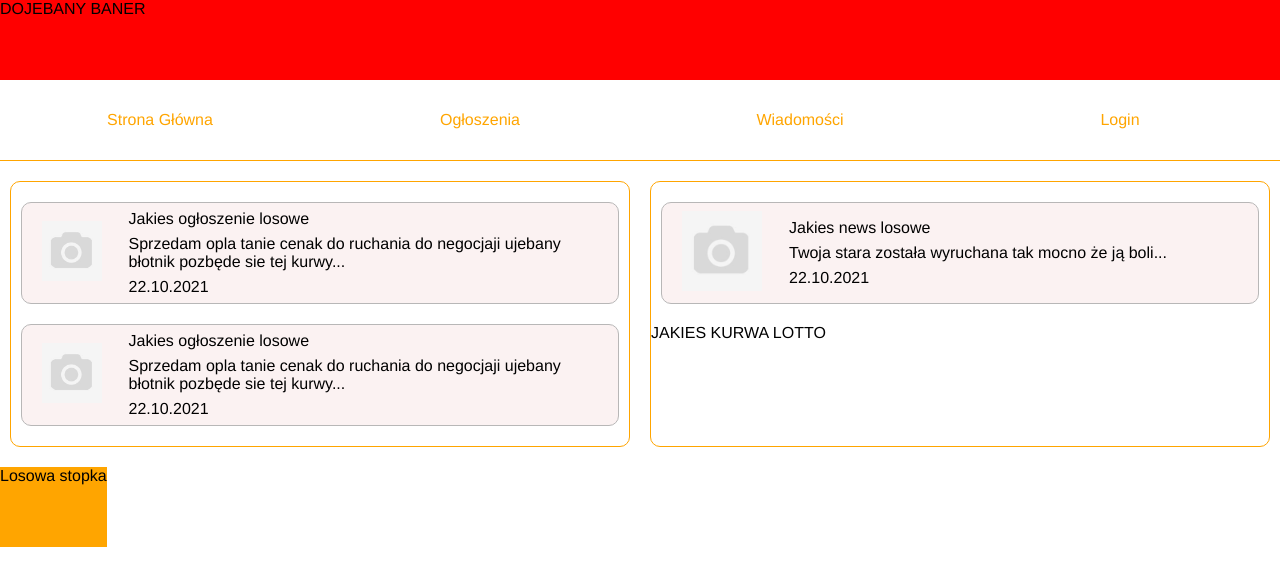
Repository: PatrykStawik/projectppz
Page: /
The author's editor kept a copy of each file at every save. The page is drawn from the files as they stood at one save, then again after the next save.
The browser window is 1280 px wide. The pictures show the whole page.
The project was rebuilt for these pictures with package versions that can differ from the ones it lists, and the page was loaded fresh each time. The framework's server and built-in components were replaced by stand-ins that run in the browser.

Above is the page before, as saved 2021-05-22 14:12:25.

### pages/_app.tsx
import React from 'react';
import type { AppProps } from 'next/app';
import { GlobalStyle } from '../styles/globalStyles';
import { Header } from '../components/Header';
import { Footer } from '../components/Footer'

function MyApp({ Component, pageProps }: AppProps) {
  return (
    <>
      <GlobalStyle />
      <Header/>
        <Component {...pageProps} />
      <Footer/>
    </>
  );
}

// eslint-disable-next-line import/no-default-export
export default MyApp;

### pages/_document.tsx
import React from 'react';
import Document, { DocumentContext, DocumentInitialProps } from 'next/document';
import { ServerStyleSheet } from 'styled-components';

class MyDocument extends Document {
  static async getInitialProps(ctx: DocumentContext): Promise<DocumentInitialProps> {
    const sheet = new ServerStyleSheet();
    const originalRenderPage = ctx.renderPage;

    try {
      ctx.renderPage = () =>
        originalRenderPage({
          enhanceApp: App => props => sheet.collectStyles(<App {...props} />),
        });

      const initialProps = await Document.getInitialProps(ctx);
      return {
        ...initialProps,
        styles: (
          <>
            {initialProps.styles}
            {sheet.getStyleElement()}
          </>
        ),
      };
    } finally {
      sheet.seal();
    }
  }
}

// eslint-disable-next-line import/no-default-export
export default MyDocument;

### pages/index.tsx
import React from 'react';
import { IndexPage } from '../components/IndexPage';

const index = () => <IndexPage />;

// eslint-disable-next-line import/no-default-export
export default index;

### styles/globalStyles.ts
import { createGlobalStyle } from 'styled-components';

export const GlobalStyle = createGlobalStyle`
  body {
    margin: 0;
    padding: 0;
    font-family: Open-Sans, Helvetica, Sans-Serif;
  }
`;

### components/IndexPage/index.tsx
export { IndexPage } from './IndexPage';

### components/Header/Header.tsx
import React from 'react';
import styled from 'styled-components';
import { colors } from '../../styles/colors';
import { centerText, setFlex } from '../../styles/functions';
import { NextLink } from '../common/NextLink';

const Wrapper = styled.header`
  .baner {
    height: 80px;
    background-color: ${colors.red};
  }
  .menu {
    ${setFlex('column')}
    height: 80px;
    border-bottom: 1px solid ${colors.orange};
    .menuItem {
      flex: 1;
      height: 100%;
      ${centerText(80)};
      background-color: ${colors.white};
      color: ${colors.orange};
      cursor: pointer;
      transition: .5s all;
      &:hover{
        font-weight: bold;
      }
    }
  }
`;

const data = [
  { title: 'Strona Główna', href: '/' },
  { title: 'Ogłoszenia', href: '/ogloszenia' },
  { title: 'Wiadomości', href: '/wiadomosci' },
  { title: 'Login', href: '/login' },
];

export const Header = () => {
  return (
    <Wrapper>
      <div className="baner">DOJEBANY BANER</div>
      <div className="menu">
        {data.map(({ title, href }) => (
          <NextLink href={href} key={title}>
            <div className="menuItem">{title}</div>
          </NextLink>
        ))}
      </div>
    </Wrapper>
  );
};

### components/Footer/Footer.tsx
import React from 'react';
import styled from 'styled-components';
import { colors } from '../../styles/colors';

const Wrapper = styled.footer`
    height: 80px;
    background-color: ${colors.orange};
    position: absolute;
    right: 100
`;

export const Footer = () => {
  return (
    <Wrapper>
      Losowa stopka
    </Wrapper>
  );
};

### components/IndexPage/IndexPage.tsx
import React from 'react';
import styled from 'styled-components';
import { Bar } from '../common/Bar';
import { setFlex } from '../../styles/functions';
import { colors } from '../../styles/colors';

const Wrapper = styled.div`
  ${setFlex()};
  .advertisement {
  }
  .container {
    flex: 1;
    border: 1px solid ${colors.orange};
    border-radius: 10px;
    margin: 20px 10px;
  }
`;

export const IndexPage = () => {
  return (
    <Wrapper>
      <div className="advertisement container">
        <Bar
          title="Jakies ogłoszenie losowe"
          content="Sprzedam opla tanie cenak do ruchania do negocjaji ujebany błotnik pozbęde sie tej kurwy"
          date="22.10.2021"
        />
        <Bar
          title="Jakies ogłoszenie losowe"
          content="Sprzedam opla tanie cenak do ruchania do negocjaji ujebany błotnik pozbęde sie tej kurwy"
          date="22.10.2021"
        />
      </div>
      <div className="container">
        <div className="news">
          <Bar
            title="Jakies news losowe"
            content="Twoja stara została wyruchana tak mocno że ją boli"
            date="22.10.2021"
          />
        </div>
        <div className="lotto">JAKIES KURWA LOTTO</div>
      </div>
    </Wrapper>
  );
};

### styles/colors.ts
export const colors = {
  white: "white",
  black: "black",
  red: "red",
  orange: "orange",
  gray: "#b8b7b7",
  pink: "rgba(166,2,2,.05)"
}

### styles/functions.ts
export const centerText = (height: number) => {
  return `text-align: center;
  line-height: ${height}px`
}

export const setFlex = (type: "row" | "column" = "row") => {
  return `display: flex; flex-direction: ${type}`
}

### components/common/NextLink/index.tsx
export { NextLink } from './NextLink';

### components/common/Bar/index.tsx
export { Bar } from './Bar';

### components/common/NextLink/NextLink.tsx
import React from 'react';
import Link from 'next/link';
import styled from 'styled-components';
import { colors } from '../../../styles/colors';

const StyledLink = styled.a`
  color: ${colors.black};
  text-decoration: none;
  width: 100%;
`;

interface Props {
  href: string;
}

export const NextLink: React.FC<Props> = ({ children, href }) => {
  return (
    <Link href={href}>
      <StyledLink>{children}</StyledLink>
    </Link>
  );
};

### components/common/Bar/Bar.tsx
import React from 'react';
import Image from 'next/image';
import styled from 'styled-components';
import { setFlex } from '../../../styles/functions';
import { colors } from '../../../styles/colors';

interface Props {
  title: string;
  content: string;
  date: string;
}

const Wrapper = styled.div`
  height: 100px;
  border: 1px solid ${colors.gray};
  border-radius: 10px;
  margin: 20px 10px;
  background-color: ${colors.pink};
  ${setFlex()};
  align-items: center;
  .img{
    margin-left: 20px;
  }
  .body{
    margin-left: 20px;
    p{
      margin: 7px;
    }
  }
`;

const picture = { src: '/default.jpg', alt: 'picture', width: 80, height: 80 };

export const Bar = ({ title, content, date }: Props) => {
  return (
    <Wrapper>
      <div className="img"><Image {...picture} /></div>
      <div className="body">
        <p>{title}</p>
        <p>{content.slice(0, 100)}...</p>
        <p>{date}</p>
      </div>
    </Wrapper>
  );
};

Loaded but not shown: components/Header/index.tsx (common file); components/Footer/index.tsx (common file)

After the next save:
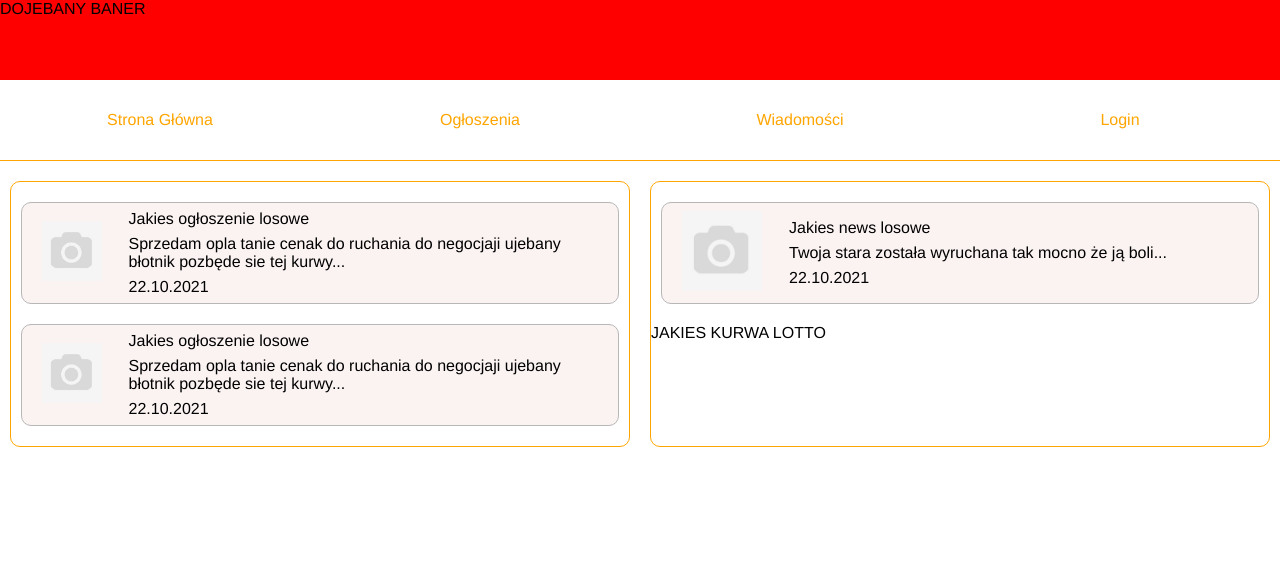
Saved 6 s later.
--- a/components/Footer/Footer.tsx
+++ b/components/Footer/Footer.tsx
@@ -6,7 +6,7 @@ const Wrapper = styled.footer`
     height: 80px;
     background-color: ${colors.orange};
     position: absolute;
-    right: 100
+    right: 100%;
 `;
 
 export const Footer = () => {
